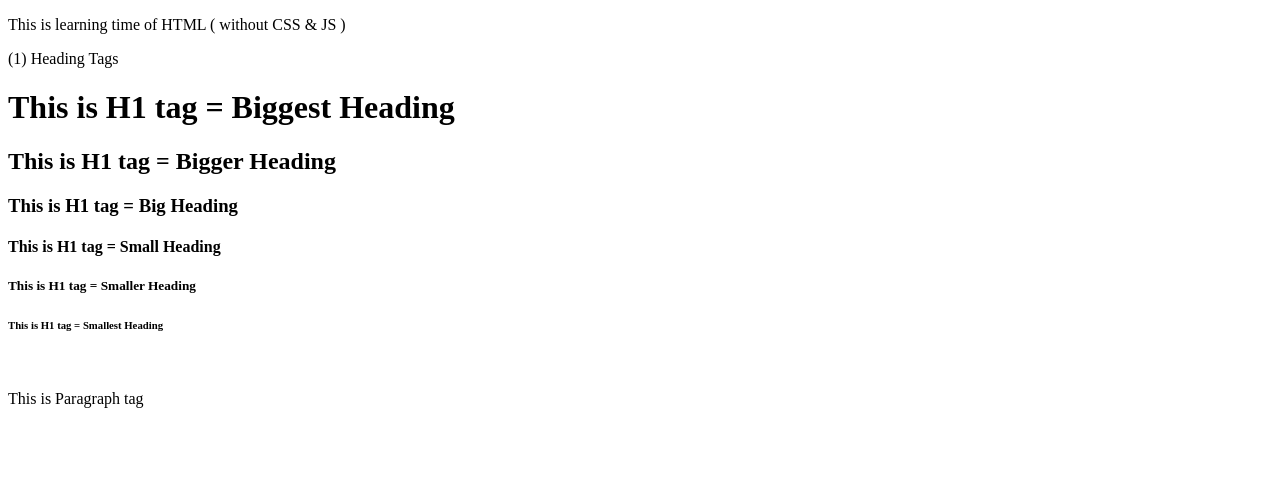
Repository: diptods/Frontend-in-60-DAYS
Page: Day01/learning/learn.html
The author's editor kept a copy of each file at every save. The page is drawn from the files as they stood at one save, then again after the next save.
The browser window is 1280 px wide. The pictures show the whole page.

Above is the page before, as saved 2026-05-28 11:44:05.

### Day01/learning/learn.html
<!DOCTYPE html>
<html lang="en">
<head>
    <meta charset="UTF-8">
    <meta name="viewport" content="width=device-width, initial-scale=1.0">
    <title>Day 01 Of Frontend Learning</title>
</head>
<body>
    <p>This is learning time of HTML ( without CSS & JS )</p>
    <p>(1) Heading Tags</p>
    <h1>This is H1 tag = Biggest Heading</h1>
    <h2>This is H1 tag = Bigger Heading</h2>
    <h3>This is H1 tag = Big Heading</h3>
    <h4>This is H1 tag = Small Heading</h4>
    <h5>This is H1 tag = Smaller Heading</h5>
    <h6>This is H1 tag = Smallest Heading</h6>
    <br>
    <p>This is Paragraph tag</p>

</body>
</html>

After the next save:
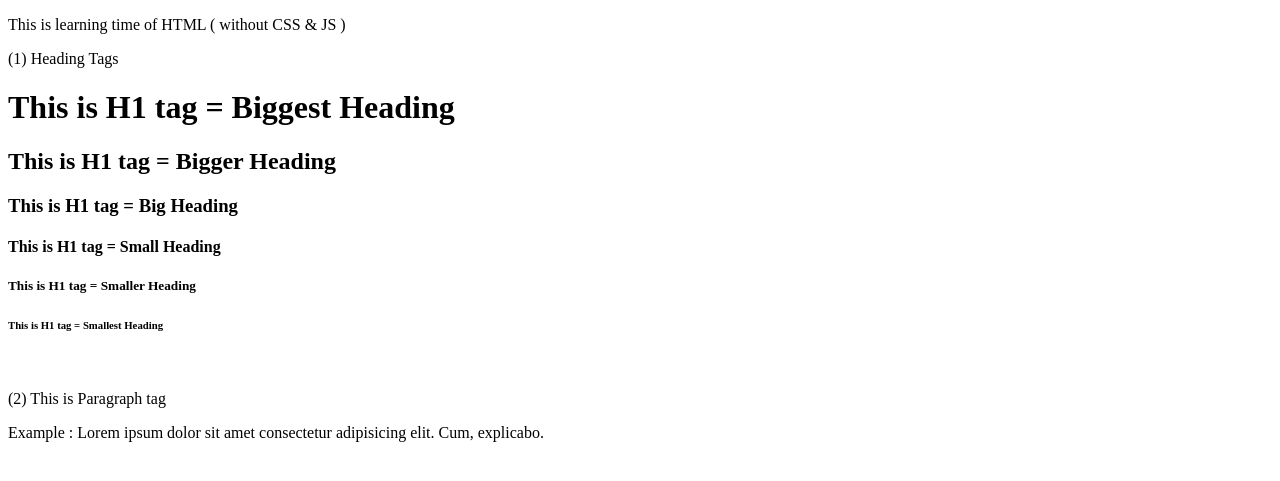
Saved 36 s later.
--- a/Day01/learning/learn.html
+++ b/Day01/learning/learn.html
@@ -15,7 +15,8 @@
     <h5>This is H1 tag = Smaller Heading</h5>
     <h6>This is H1 tag = Smallest Heading</h6>
     <br>
-    <p>This is Paragraph tag</p>
+    <p>(2) This is Paragraph tag</p>
+    <p>Example : Lorem ipsum dolor sit amet consectetur adipisicing elit. Cum, explicabo.</p>
 
 </body>
 </html>
